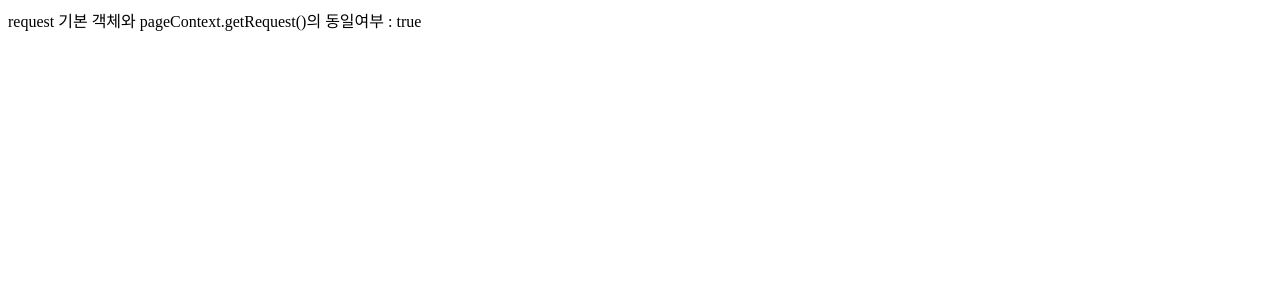
Repository: eParkjongtaek/lovedisket
Page: http://localhost/KH18_1/0906/03usePageContext.jsp
The author's editor kept a copy of each file at every save. The page is drawn from the files as they stood at one save, then again after the next save.
The browser window is 1280 px wide. The pictures show the whole page.
The page is served by Tomcat 9.

Above is the page before, as saved 2017-09-06 01:46:21.

After the next save:
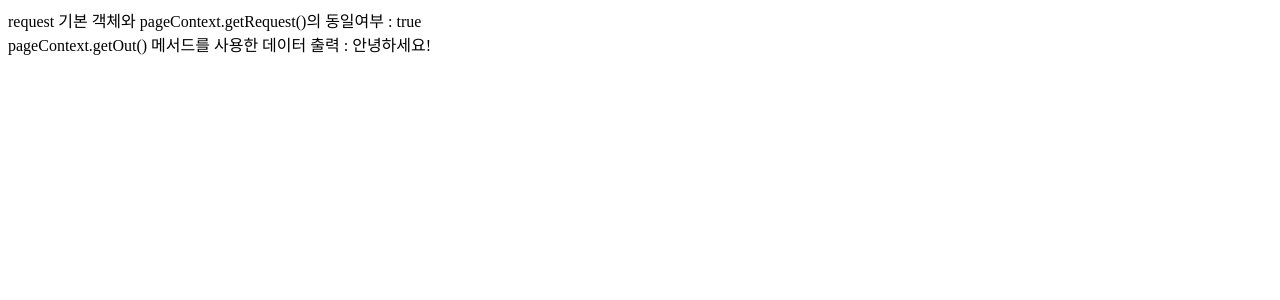
Saved 39 s later.
--- a/source/KH18_1/WebContent/0906/03usePageContext.jsp
+++ b/source/KH18_1/WebContent/0906/03usePageContext.jsp
@@ -11,5 +11,11 @@
 
 	<%=request == httpRequest %>
 
+	<br/>
+
+	pageContext.getOut() 메서드를 사용한 데이터 출력 :
+
+	<% pageContext.getOut().println("안녕하세요!"); %>
+
 	</body>
 </html>
